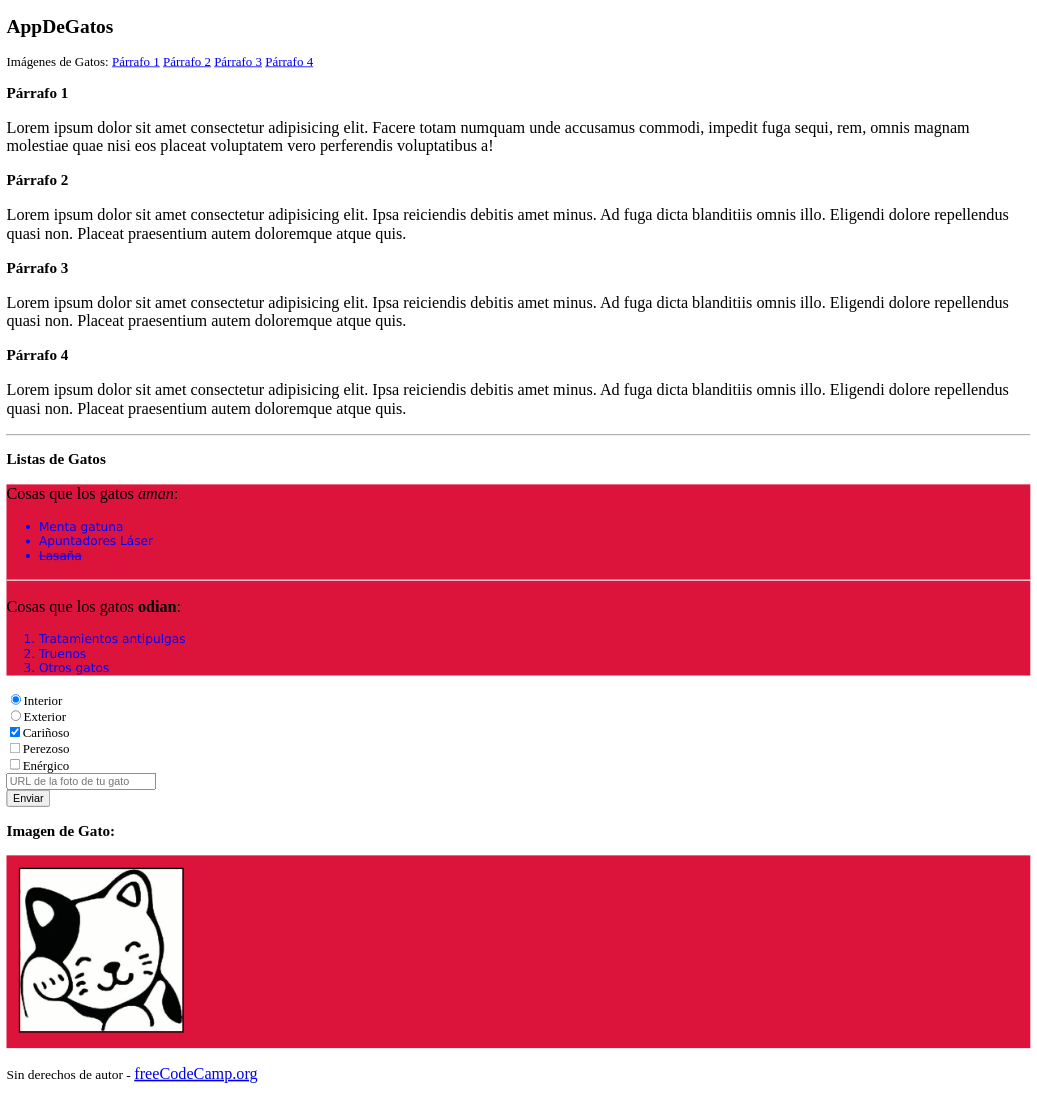
Repository: pedro-donoso/curso-html---css
Page: index.html
An editor plug-in stored every save of this project. The page is shown before and after the next save, followed by the edit.
The browser window is 1280 px wide. The pictures show the whole page, at 81% of full size.

Above is the page before, as saved 2023-11-16 11:02:10.

### index.html
<!DOCTYPE html>
<html lang="es">

<head>
  <meta charset="UTF-8">
  <meta name="viewport" content="width=device-width, initial-scale=1.0">
  <title>AppDeGatos</title>
  <link rel="stylesheet" href="./style.css">
</head>

<body>
  <h2>AppDeGatos</h2>
  <main <h3>Imágenes de Gatos:</h3>

    <a href="#parrafo-1">Párrafo 1</a>
    <a href="#parrafo-2">Párrafo 2</a>
    <a href="#parrafo-3">Párrafo 3</a>
    <a href="#parrafo-4">Párrafo 4</a>

    <h3 id="parrafo-1">Párrafo 1</h3>

    <p>Lorem ipsum dolor sit amet consectetur adipisicing elit. Facere totam numquam unde accusamus commodi, impedit
      fuga sequi, rem, omnis magnam molestiae quae nisi eos placeat voluptatem vero perferendis voluptatibus a!</p>

    <h3 id="parrafo-2">Párrafo 2</h3>

    <p>Lorem ipsum dolor sit amet consectetur adipisicing elit. Ipsa reiciendis debitis amet minus. Ad fuga dicta
      blanditiis omnis illo. Eligendi dolore repellendus quasi non. Placeat praesentium autem doloremque atque quis.</p>

    <h3 id="parrafo-3">Párrafo 3</h3>

    <p>Lorem ipsum dolor sit amet consectetur adipisicing elit. Ipsa reiciendis debitis amet minus. Ad fuga dicta
      blanditiis omnis illo. Eligendi dolore repellendus quasi non. Placeat praesentium autem doloremque atque quis.</p>

    <h3 id="parrafo-4">Párrafo 4</h3>

    <p>Lorem ipsum dolor sit amet consectetur adipisicing elit. Ipsa reiciendis debitis amet minus. Ad fuga dicta
      blanditiis omnis illo. Eligendi dolore repellendus quasi non. Placeat praesentium autem doloremque atque quis.</p>

    <hr>

    <h3>Listas de Gatos</h3>

    <div>
      <p>Cosas que los gatos <em>aman</em>:</p>
      <ul class="lista-de-gatos">
        <li>Menta gatuna</li>
        <li>Apuntadores Láser</li>
        <li><s>Lasaña</s></li>
      </ul>

      <hr>

      <p>Cosas que los gatos <strong>odian</strong>:</p>
      <ol class="lista-de-gatos">
        <li>Tratamientos antipulgas</li>
        <li>Truenos</li>
        <li>Otros gatos</li>
      </ol>
    </div>


    <form action="/enviar-respuesta">

      <!-- botones de radio -->
      <label for="interior">
        <input type="radio" value="interior" id="interior" name="interior-exterior" checked>Interior </label>

      <br>

      <label for="exterior"><input type="radio" value="exterior" id="exterior" name="interior-exterior">Exterior</label>

      <br>

      <!-- casilla de verificación -->
      <label for="carinoso"> <input type="checkbox" name="personalidad id=" carinoso" checked>Cariñoso</label>

      <br>

      <label for="perezoso"><input type="checkbox" name="personalidad" id="perezoso">Perezoso</label>

      <br>

      <label for="energico"><input type="checkbox" name="personalidad" id="energico">Enérgico</label>

      <br>

      <!-- texto y boton enviar -->
      <input type="text" placeholder="URL de la foto de tu gato" required>

      <br>

      <button type="submit">Enviar</button>
    </form>

    <h3>Imagen de Gato:</h3>
    <div>
      <a href="https://www.freecodecamp.org/espanol/" target="_blank" rel="noopener noreferrer"><img
          src="./assets/img/gato.jpg" alt="gato"></a>
    </div>

  </main>

  <footer>
    <p><small>Sin derechos de autor - <a href="https://www.freecodecamp.org/español/"></small>freeCodeCamp.org</a></p>
  </footer>

</body>

</html>

### style.css
p,
ul,
ol {
  font-size: 20px;
}

li {
  color: blue;
  font-size: 15px;
  font-family: Verdana;
}

div{
  background-color: crimson;
}

img {
  padding: 23ox;
  margin: 15px;
  background-color: yellow;
  border-width: 2px;
  border-color: black;
  border-style: solid;
  width: 200px;
}

After the next save:
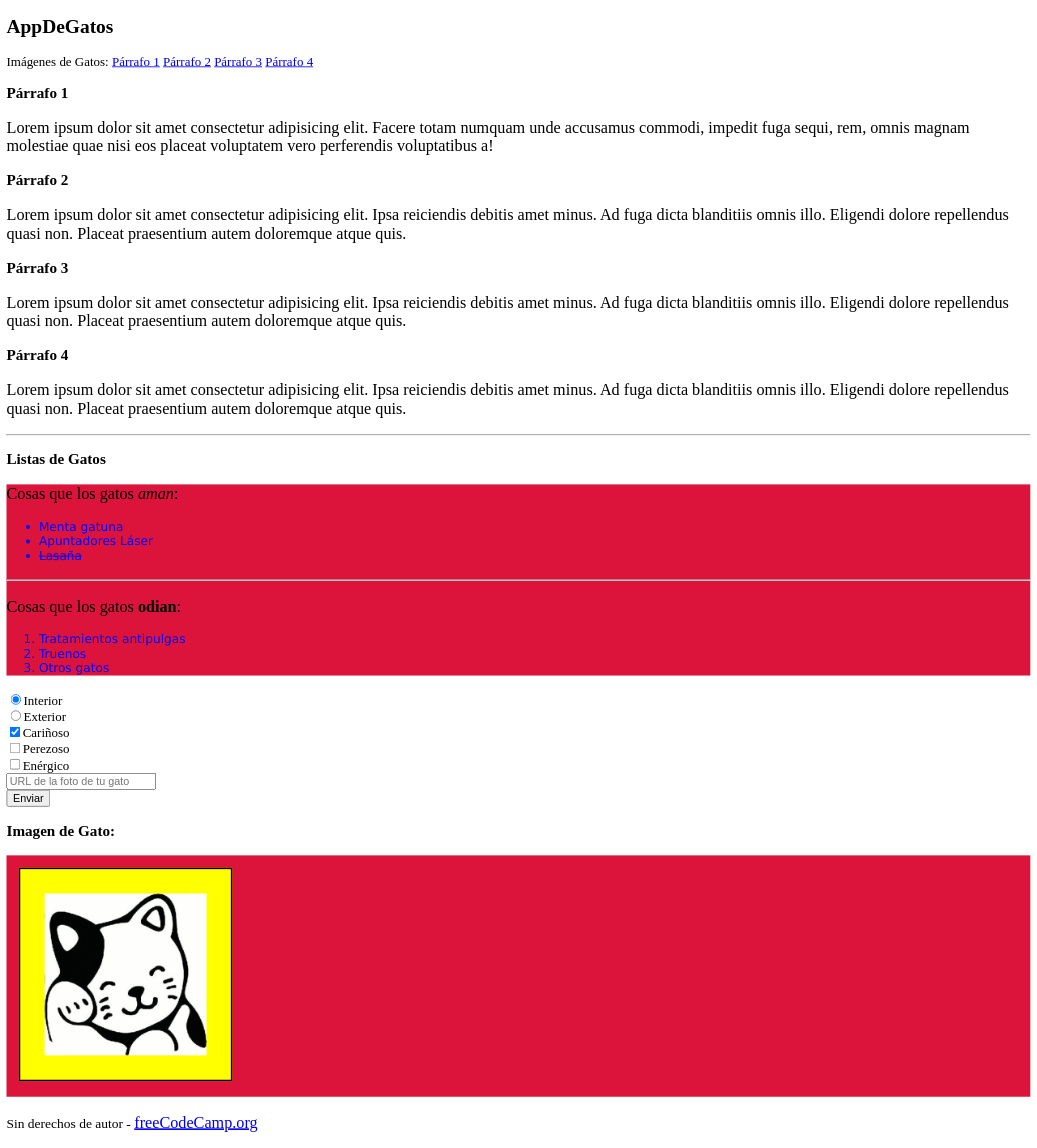
Saved 6 s later.
--- a/style.css
+++ b/style.css
@@ -15,7 +15,7 @@
 }
 
 img {
-  padding: 23ox;
+  padding: 30px;
   margin: 15px;
   background-color: yellow;
   border-width: 2px;
